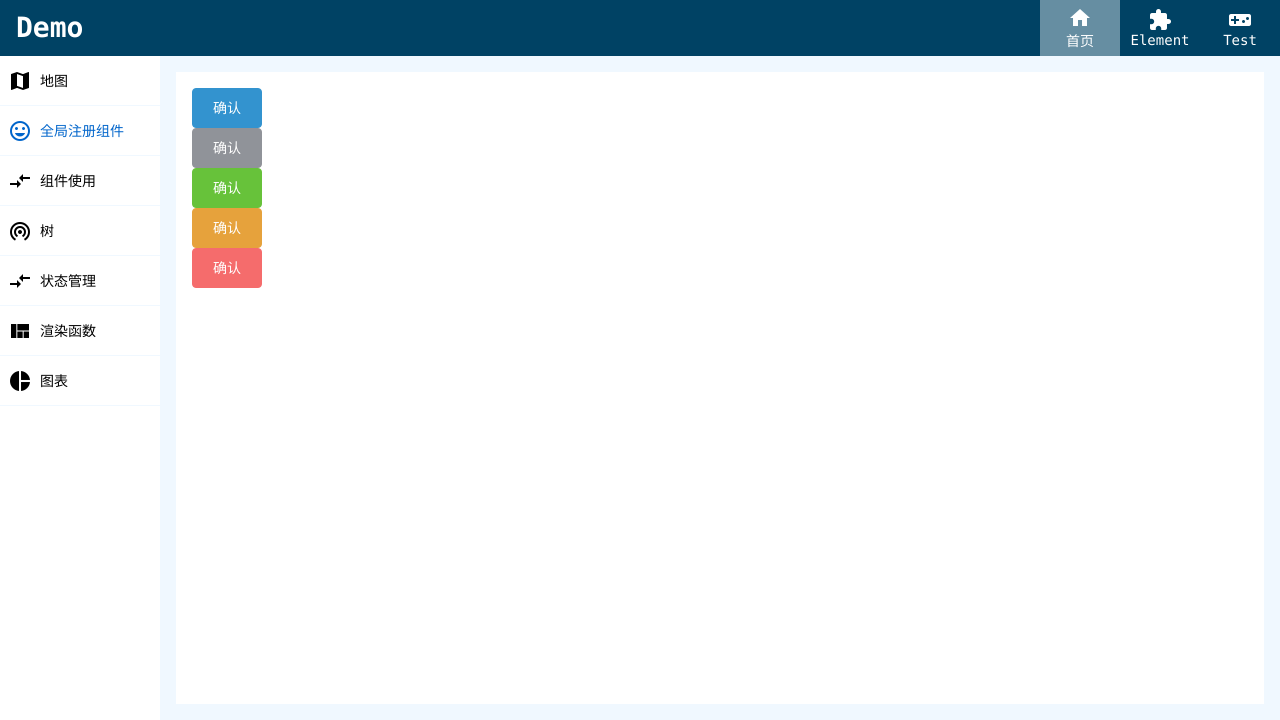
Repository: zh-webliker/element-vue
Page: /Main/Icon
An editor plug-in stored every save of this project. The page is shown before and after a run of saves, followed by the edit.
The browser window is 1280 px wide. The pictures show the whole page.
The project was rebuilt for these pictures with package versions that can differ from the ones it lists, and the page was loaded fresh each time. Also part of the build but not shown: vue.config.js, src/components/baseComponts/Basetitle.vue. Imported but missing from the stored project, and not drawn on this page: src/json/contour, src/json/hl.

Above is the page before, as saved 2020-09-11 16:25:19.

### public/index.html
<!DOCTYPE html>
<html lang="en">
  <head>
    <meta charset="utf-8">
    <meta http-equiv="X-UA-Compatible" content="IE=edge">
    <meta name="viewport" content="width=device-width,initial-scale=1.0">
    <link rel="icon" href="<%= BASE_URL %>favicon.ico">
    <title>demo</title>

  </head>
  <body>
    <noscript>
      <strong>We're sorry but demo doesn't work properly without JavaScript enabled. Please enable it to continue.</strong>
    </noscript>
    <div id="app"></div>
    <!-- built files will be auto injected -->
  </body>
</html>

### src/main.js
import Vue from 'vue'
import App from './App.vue'
import router from './router'
import store from './store/store'

import './style/style.scss'
import 'material-icons'

/***
 * 初始化axios
 * https://www.kancloud.cn/yunye/axios/234845
 */
import axios from 'axios'
axios.defaults.baseURL = process.env.NODE_ENV === 'production' ? '/' : '/api';
axios.defaults.headers.withCredentials = true;
Vue.prototype.$axios = axios;

// import './style/test.scss'

/**
 * element
 * */
import Element from 'element-ui'
import './style/element-variables.scss'
Vue.use(Element);


Vue.config.productionTip = false;

// import upperFirst from 'lodash/upperFirst'
// import camelCase from 'lodash/camelCase'

// const requireComponent = require.context(
//   // 其组件目录的相对路径
//   // '../src/components/baseComponts',
//   './components/baseComponts',
//   // 是否查询其子目录
//   false,
//   // 匹配基础组件文件名的正则表达式
//   /Base[A-Z]\w+\.(vue|js)$/
// )
// console.log(requireComponent.keys())
// requireComponent.keys().forEach(fileName => {
//   // 获取组件配置
//   const componentConfig = requireComponent(fileName)
//   // 这个地方直接传入filename其实就是内部会调用了resolve方法，会返回对应的文件内容（不理解可以console一下看看）
//   // 获取组件的 PascalCase 命名
//   const componentName = upperFirst(
//     camelCase(
//       // 获取和目录深度无关的文件名
//       fileName
//         .split('/')
//         .pop()
//         .replace(/\.\w+$/, '')
//     )
//   )

//   // 全局注册组件
//   Vue.component(
//     componentName,
//     // 如果这个组件选项是通过 `export default` 导出的，
//     // 那么就会优先使用 `.default`，
//     // 否则回退到使用模块的根。
//     componentConfig.default || componentConfig
//   )
// })
import Basebutton from './components/baseComponts/Basebutton.vue'
import Basetitle from './components/baseComponts/Basetitle.vue'
Vue.component('Basebutton', Basebutton)
Vue.component('Basetitle', Basetitle)
new Vue({
  router,
  store,
  render: h => h(App)
}).$mount('#app');

### src/App.vue
<template>
  <div id="app">

    <!--header标签和下面的nav标签，是H5新增的标签，相当于有语义的div-->
    <header class="header">

      <h1>{{appName}}</h1>

      <nav>

        <!--router-link是vue自带组件，用于项目内跳转，会编译成a标签-->
        <router-link to="/Main">
          <i class="material-icons">home</i>
          <span>首页</span>
        </router-link>
        <router-link to="/Element">
          <i class="material-icons">extension</i>
          <span>Element</span>
        </router-link>

        <router-link to="/Test">
          <i class="material-icons">videogame_asset</i>
          <span>Test</span>
        </router-link>
        <!--<router-link to="/">
          <i class="material-icons">logout</i>
          <span>退出</span>
        </router-link>-->
      </nav>
    </header>

    <router-view/>

  </div>
</template>

<script>
  const appName = "Demo";

  export default ({
    name: "App",
    data(){
      return {
        appName
      }
    }
  })

</script>

<style lang="scss">

</style>

### src/router.js
import Vue from 'vue'
import Router from 'vue-router'

Vue.use(Router);

export default new Router({
  mode: 'history',
  routes: [
    {
      path: "/",
      redirect: "/Main"
    },
    {
      name: "Main",
      path: "/Main",
      component: ()=> import('./views/main/Main.vue'),
      children: [
        {
          path: "/",
          redirect: "/Main/Map"
        },
        {
          //在router-link跳转中，如果路由设置了name，也可以用name替代path
          name: "Map",
          path: "/Main/Map",
          component: ()=> import('./views/main/Map.vue')
        },
        {
          name: "Icon",
          path: "/Main/Icon",
          component: ()=> import('./views/main/Icon.vue')
        },
        {
          name: "Tree",
          path: "/Main/Tree",
          component: ()=> import('./views/main/Tree.vue')
        },
        {
          name: "Storage",
          path: "/Main/Storage",
          component: ()=> import('./views/main/Storage.vue')
        },
        {
          name: "Storage2",
          path: "/Main/Storage2",
          component: ()=> import('./views/main/Storage2.vue')
        },
        {
          name: "Deliver",
          path: "/Main/Deliver",
          component: ()=> import('./views/main/Deliver.vue')
        },
        {
          name: "Charts",
          path: "/Main/Charts",
          component: ()=> import('./views/main/Charts.vue')
        }
      ]
    },
    {
      name: "Element",
      path: "/Element",
      component: ()=> import('./views/element/ElementMain.vue'),
      children: [
        {
          path: "/",
          redirect: "/Element/Table"
        },
        {
          name: "Table",
          path: "/Element/Table",
          component: ()=> import('./views/element/Table.vue'),
        },
        {
          name: "Tab",
          path: "/Element/Tab",
          component: ()=> import('./views/element/Tab.vue'),
        },
        {
          name: "Form",
          path: "/Element/Form",
          component: ()=> import('./views/element/Form.vue'),
        },
        {
          name: "Tree",
          path: "/Element/Tree",
          component: ()=> import('./views/element/Tree.vue'),
        }
      ]
    },

    {
      name: "Test",
      path: "/Test",
      component: ()=> import('./views/test/Test.vue'),
      redirect: "/Test/Mixin",

      children:[
        {
          name: "Mixin",
          path: "/Test/Mixin",
          component: ()=> import('./views/test/mixins/Index.vue')
        },
        {
          name: "DraggableModule",
          path: "/Test/DraggableModule",
          component: ()=> import('./views/test/draggable/DraggableModule.vue')
        }
      ]
    },

    //把404页面放到最后匹配剩下的全部页面
    {
      name: "404",
      path: "*",
      component: ()=> import('./views/404.vue'),
    }

  ]
})

### src/store/store.js
import Vue from 'vue'
import Vuex from 'vuex'

import StorageStore from './StorageStore'

Vue.use(Vuex);

export default new Vuex.Store({
  state: {

  },
  mutations: {

  },
  actions: {

  },

  //引入模组store
  modules: {
    storage: StorageStore
  }
})

### src/style/style.scss


/*theme*/
$primaryColor: #0065cb;
$primaryTextColor: white;
$primaryBgColor: #004264;
$bgColor: white;

/*global*/
a {
  text-decoration: none;
  color: inherit;
}
.page {
  position: absolute;
  top: 56px;
  bottom: 0;
  left: 0;
  right: 0;
  background-color: aliceblue;
}


/*body*/
body{
  padding: 0; margin: 0;
  font-family: 'Consolas', 'Microsoft YaHei UI';
  font-size: 14px;
}

/*header*/
header {
  background-color: $primaryBgColor;
  color: $primaryTextColor;
  padding: 0 16px;
  position: relative;
  height: 56px;

  h1 {
    margin: 0;
    line-height: 56px;
  }

  nav {
    position: absolute;
    right: 0;
    top: 0;
    height: 100%;
    cursor: pointer;
    display: flex;
    justify-content: center;

    a {
      display: inline-flex;
      width: 80px;
      height: 100%;
      justify-content: center;
      flex-direction: column;
      text-align: center;

      &:hover{
        background-color: rgba(255,255,255,0.1);
      }

      &.router-link-active{
        background-color: rgba(255,255,255,0.4);
      }
    }
  }
}

/*left navbar*/
.left-nav {
  position: absolute;
  width: 160px;
  top: 0;
  bottom: 0;
  left: 0;
  background-color: white;
  //color: $primaryTextColor;


  a {
    position: relative;
    display: flex;
    width: 100%;
    height: 50px;
    cursor: pointer;

    &:hover{
      //background-color: rgba(100,100,100,0.1);
      color: rgb(100,100,100);
    }
    &.router-link-active{
      //background-color: rgba(0,0,0,0.1);
      color: $primaryColor;
    }
    &:after{
      content: "";
      position: absolute;
      bottom: 0;
      width: 100%;
      height: 1px;
      //transform: scaleY(0.5);
      background-color: aliceblue;
    }

    i {
      line-height: 50px;
      width: 40px;
      text-align: center;
      font-size: 24px;
    }
    span {
      line-height: 50px;
      font-size: 14px;
    }

  }
}


.page-content {
  position: absolute;
  left: 160px;
  top: 0;
  bottom: 0;
  right: 0;
  //background-color: aliceblue;
  margin: 16px;
  padding: 16px;
  background-color: white;
  overflow-y: auto;
  overflow-x: auto;

  article{
    padding-bottom: 80px;
  }
}

### src/style/element-variables.scss
/* 改变主题色变量 */
// $--color-primary: #00806a;
$--color-primary: rgb(51, 147, 207);

/* 改变 icon 字体路径变量，必需 */
$--font-path: '~element-ui/lib/theme-chalk/fonts';

@import "~element-ui/packages/theme-chalk/src/index";

.el-main>div:nth-child(2){
  padding: 16px;
}

### src/components/baseComponts/Basebutton.vue
<template>
  <div>
    <el-button :type="type">确认</el-button>
  </div>
</template>

<script>
export default {
  name: 'Basebutton',
  props: {
    type: {
      type: String,
      default: 'primary'
    }
  }
}
</script>

<style>

</style>

### src/views/main/Main.vue
<template>
  <div class="page">

    <nav class="left-nav">
      <router-link to="Map">
        <i class="material-icons">map</i>
        <span>地图</span>
      </router-link>
      <router-link to="Icon">
        <i class="material-icons">insert_emoticon</i>
        <span>全局注册组件</span>
      </router-link>
      <router-link to="Storage2">
        <i class="material-icons">compare_arrows</i>
        <span>组件使用</span>
      </router-link>
      <router-link to="Tree">
        <i class="material-icons">wifi_tethering</i>
        <span>树</span>
      </router-link>
      <router-link to="Storage">
        <i class="material-icons">compare_arrows</i>
        <span>状态管理</span>
      </router-link>
      <router-link to="Deliver">
        <i class="material-icons">view_quilt</i>
        <span>渲染函数</span>
      </router-link>
      <router-link to="Charts">
        <i class="material-icons">pie_chart</i>
        <span>图表</span>
      </router-link>
    </nav>

    <div class="page-content">
      <router-view/>
    </div>
  </div>
</template>

<script>
  export default {
    name: "Main"
  }
</script>

<style scoped>

</style>

### src/views/main/Icon.vue
<template>
  <div>
    <Basebutton></Basebutton>
    <Basebutton :type='info'></Basebutton>
    <Basebutton type='success'></Basebutton>
    <Basebutton type='warning'></Basebutton>
    <Basebutton type='danger'></Basebutton>
  </div>
</template>

<script>
  export default {
    name: "Icon",
    data () {
      return {
        info: 'info'
      }
    }
  }
</script>

<style scoped>
</style>

### src/store/StorageStore.js

//vuex store 模块
//https://vuex.vuejs.org/zh/guide/modules.html

export default {

  //开启命名空间
  namespaced: true,

  //状态
  state: {
    "storageText": "请输入一些文字",
    "storageTime": 0
  },

  //set操作
  mutations: {
    setText: (state, text)=> state.storageText = text,
    setTime: (state, time)=> state.storageTime = time
  },

  //批量操作，可以执行异步
  actions: {
    setStorage(context, obj){
      context.commit('setText', obj.text);
      context.commit('setTime', obj.time);
    }
  },

  //get操作
  getters:{
    getText(state) {
      return state.storageText;
    },
    getTime(state) {
      return state.storageTime;
    },
    getNextTime(state){
      return state.storageTime + 60;
    }
  }
}

After the next 2 saves:
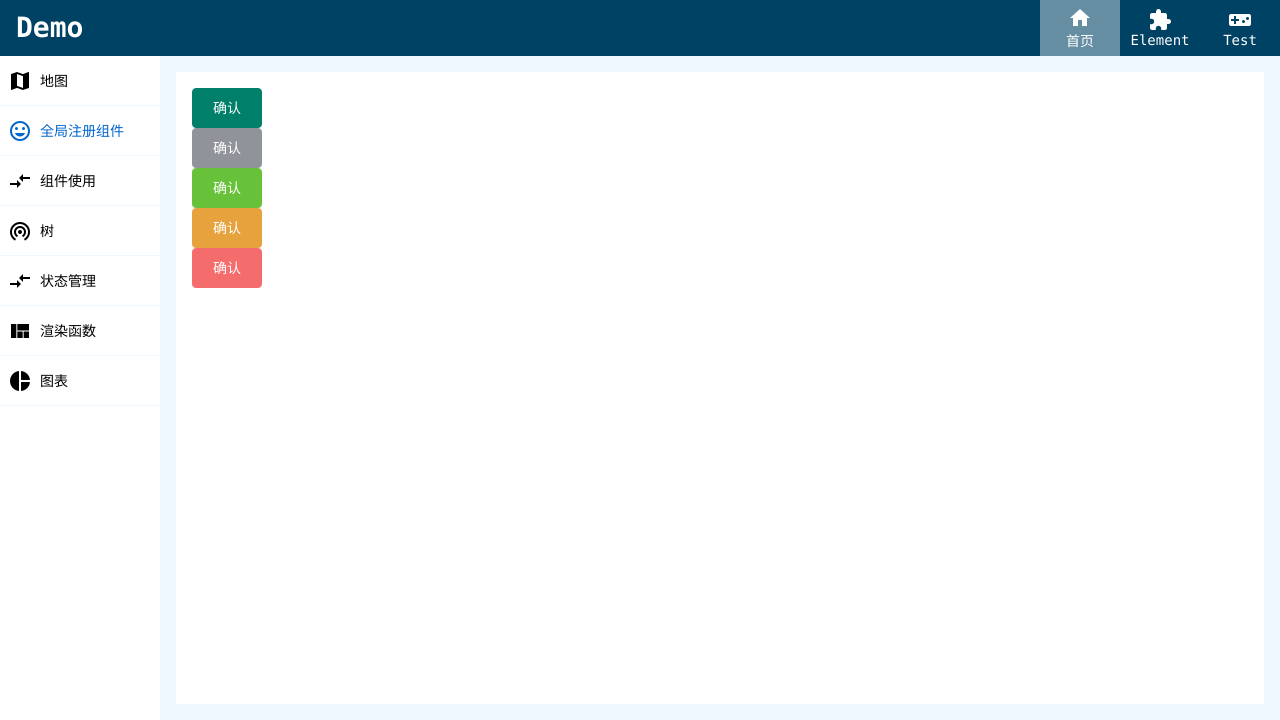
The 2 saves are shown as one change because they came seconds apart.
The last was saved 23 s later.
--- a/src/style/element-variables.scss
+++ b/src/style/element-variables.scss
@@ -1,6 +1,6 @@
 /* 改变主题色变量 */
-// $--color-primary: #00806a;
-$--color-primary: rgb(51, 147, 207);
+$--color-primary: #00806a;
+// $--color-primary: rgb(51, 147, 207);
 
 /* 改变 icon 字体路径变量，必需 */
 $--font-path: '~element-ui/lib/theme-chalk/fonts';

After the save that followed:
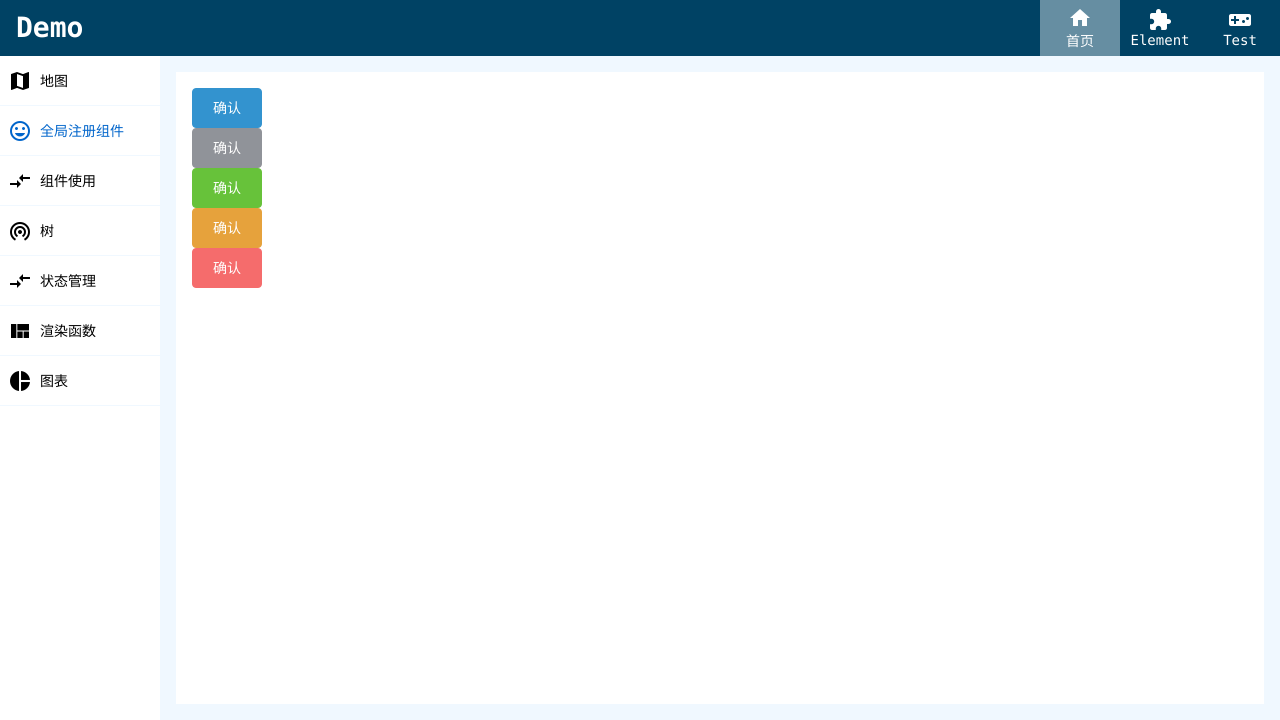
Saved 28 s later.
--- a/src/style/element-variables.scss
+++ b/src/style/element-variables.scss
@@ -1,6 +1,6 @@
 /* 改变主题色变量 */
-$--color-primary: #00806a;
-// $--color-primary: rgb(51, 147, 207);
+// $--color-primary: #00806a;
+$--color-primary: rgb(51, 147, 207);
 
 /* 改变 icon 字体路径变量，必需 */
 $--font-path: '~element-ui/lib/theme-chalk/fonts';
